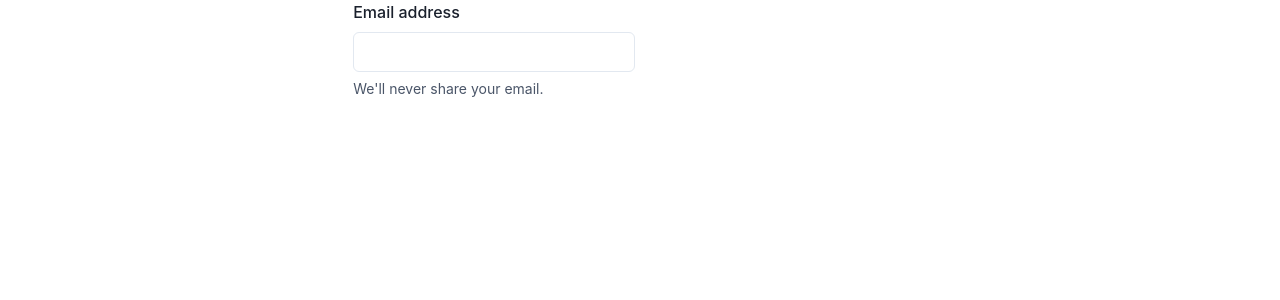
Repository: NeeleshRoy/synechron
Page: /movies
An editor plug-in stored every save of this project. The page is shown before and after the next save, followed by the edit.
The browser window is 1280 px wide. The pictures show the whole page.
The project was rebuilt for these pictures with package versions that can differ from the ones it lists, and the page was loaded fresh each time.

Above is the page before, as saved 2023-02-04 01:15:31.

### src/index.js
import React from 'react';
import ReactDOM from 'react-dom/client';
import App from './App';

import { ChakraProvider } from '@chakra-ui/react'

const root = ReactDOM.createRoot(document.getElementById('root'));
root.render(
  <React.StrictMode>
      <ChakraProvider>
        <App />
      </ChakraProvider>
  </React.StrictMode>
);

### src/App.js
import Home from './components/Home';
import { Container } from '@chakra-ui/react';

function App() {
  return (
    <Container>
        <Home />
    </Container>
  );
}

export default App;

### src/components/Home.jsx
import React from 'react';
import {
  FormControl,
  FormLabel,
  Input,
  FormHelperText,
  Flex,
  Center,
} from '@chakra-ui/react';

const Home = () => {
  return (
    <div>
      <Flex>
        <Center>
          <FormControl>
            <FormLabel>Email address</FormLabel>
            <Input type="email" />
            <FormHelperText>We'll never share your email.</FormHelperText>
          </FormControl>
        </Center>
      </Flex>
    </div>
  );
};

export default Home;

Loaded but not shown: public/index.html (common file)

After the next save:
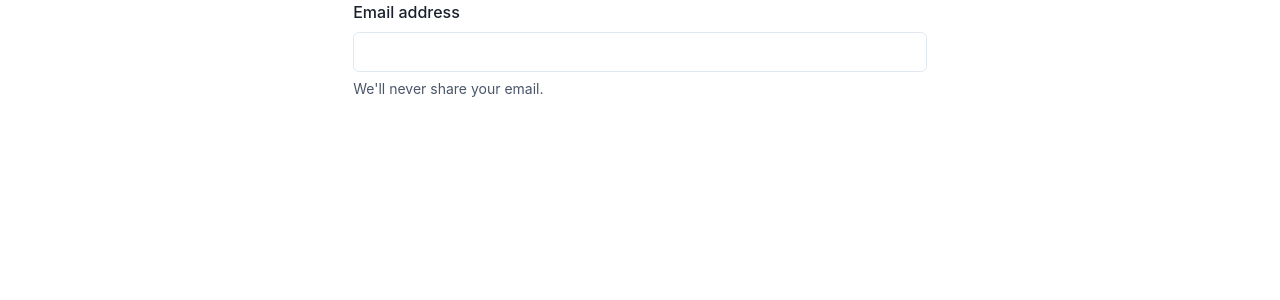
Saved 15 h 4 min later.
--- a/src/components/Home.jsx
+++ b/src/components/Home.jsx
@@ -12,13 +12,11 @@ const Home = () => {
   return (
     <div>
       <Flex>
-        <Center>
           <FormControl>
             <FormLabel>Email address</FormLabel>
             <Input type="email" />
             <FormHelperText>We'll never share your email.</FormHelperText>
           </FormControl>
-        </Center>
       </Flex>
     </div>
   );
